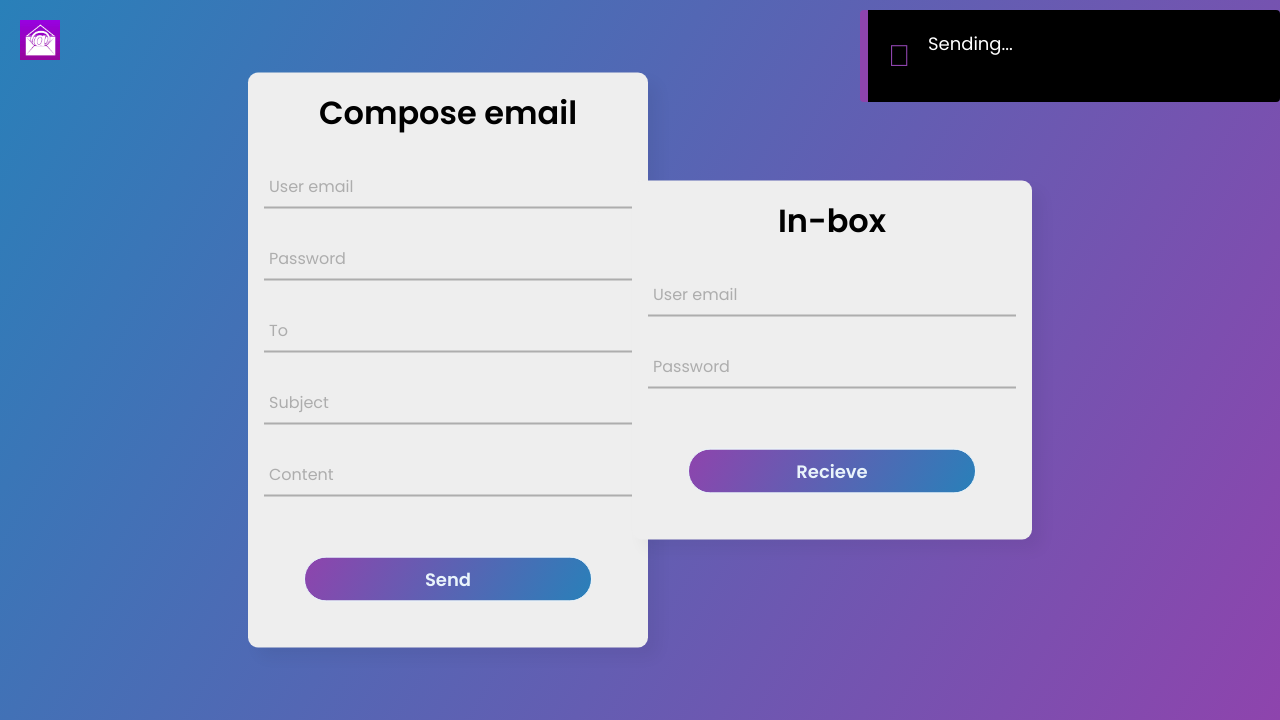
Repository: 20PW01-Abishek/Mail-EZ-in-JAVA
Page: Java package/javapackage/src/main/webapp/index.html
The author's editor kept a copy of each file at every save. The page is drawn from the files as they stood at one save, then again after the next save.
The browser window is 1280 px wide. The pictures show the whole page.

Above is the page before, as saved 2022-11-07 14:57:29.

### Java package/javapackage/src/main/webapp/index.html
<!DOCTYPE html>
<html>
<head>
<meta charset="ISO-8859-1">
<link rel="stylesheet" href="style1.css">
<link rel="icon" type="image/x-icon" href="logo.png">
<link rel="stylesheet" href="https://cdnjs.cloudflare.com/ajax/libs/font-awesome/4.7.0/css/font-awesome.min.css">
<title>email-compose</title>
</head>
<body>
	<a href=""><img style="margin: 20px;height: 40px;width: 40px;" src="logo.png"></a>
	<div class="alert">
		<span class="fas fa-exclamation-circle"></span>
		<span class="msg">Sending...</span>
		<div class="close-btn">
			<span class="fas fa-times"></span>
		</div>
	</div>
	<div class="parent">
		<div class="center1">
	      <h1>Compose email</h1>
	      <form action="compose" method="post" id="send">
	        <div class="txt_field">
	          <input type="text" name="from_email" required>
	          <span></span>
	          <label>User email</label>
	        </div>
	        <div class="txt_field">
	          <input type="password" name="from_password" required>
	          <span></span>
	          <label>Password</label>
	        </div>
	        <div class="txt_field">
	          <input type="text" name="to_email" required>
	          <span></span>
	          <label>To</label>
	        </div>
	        <div class="txt_field">
	          <input type="text" name="subject" required>
	          <span></span>
	          <label>Subject</label>
	        </div>
	        <div class="txt_field">
	          <input type="text" name="content" required>
	          <span></span>
	          <label>Content</label>
	        </div>
	        <input type="submit" value="Send">
	      </form>
		</div>
		<div class="center2">
			<h1>In-box</h1>
	      	<form action="recieve" method="post" id="recieve">
	        	<div class="txt_field">
	          		<input type="text" name="from_email" required>
	          		<span></span>
	          		<label>User email</label>
	        	</div>
	        	<div class="txt_field">
		          <input type="password" name="from_password" required>
		          <span></span>
		          <label>Password</label>
	        	</div>
	      		<input type="submit" value="Recieve">
	      </form>
	    </div>
    </div>
</body>
</html>

### Java package/javapackage/src/main/webapp/style1.css
@import url('https://fonts.googleapis.com/css2?family=Noto+Sans:wght@700&family=Poppins:wght@400;500;600&display=swap');
*{
  margin: 0;
  padding: 0;
  box-sizing: border-box;
  font-family: "Poppins", sans-serif;
}
body{
  margin: 0;
  padding: 0;
  background: linear-gradient(120deg,#2980b9, #8e44ad);
  height: 100vh;
  overflow: hidden;
}

.alert {
	background: black;
	padding: 20px 40px;
	min-width: 420px;
	position: absolute;
	right: 0px;
	top: 10px;
	border-radius: 4px;
	border-left: 8px solid #8e44ad;
}

.alert .fa-exclamation-circle{
	position: absolute;
	left: 20px;
	top: 50%;
	transform: translateY(-50%);
	color: #8e44ad;
	font-size: 30px;
}

.alert .msg {
	padding: 0 20px;
	font-size: 18px;
	color: white;
}

.parent{
	text-align: center;
}

.center1{
  padding: 1rem 1rem;
  vertical-align: middle;
  position: absolute;
  top: 50%;
  left: 35%;
  transform: translate(-50%, -50%);
  width: 400px;
  background: #eee;
  border-radius: 10px;
  box-shadow: 10px 10px 15px rgba(0,0,0,0.05);
}

.center2{
  padding: 1rem 1rem;
  vertical-align: middle;
  position: absolute;
  top: 50%;
  left: 65%;
  transform: translate(-50%, -50%);
  width: 400px;
  background: #eee;
  border-radius: 10px;
  box-shadow: 10px 10px 15px rgba(0,0,0,0.05);
}

.center h1{
  text-align: center;
  padding: 20px 0;
  border-bottom: 1px solid silver;
}
.center form{
  padding: 0 40px;
  box-sizing: border-box;
}
form .txt_field{
  position: relative;
  border-bottom: 2px solid #adadad;
  margin: 30px 0;
}
.txt_field input{
  width: 100%;
  padding: 0 5px;
  height: 40px;
  font-size: 16px;
  border: none;
  background: none;
  outline: none;
}
.txt_field label{
  position: absolute;
  top: 50%;
  left: 5px;
  color: #adadad;
  transform: translateY(-50%);
  font-size: 16px;
  pointer-events: none;
  transition: .5s;
}
.txt_field span::before{
  content: '';
  position: absolute;
  top: 40px;
  left: 0;
  width: 0%;
  height: 2px;
  background: #2691d9;
  transition: .5s;
}
.txt_field input:focus ~ label,
.txt_field input:valid ~ label{
  top: -5px;
  color: #2691d9;
}
.txt_field input:focus ~ span::before,
.txt_field input:valid ~ span::before{
  width: 100%;
}

input[type="submit"]{
  width: 78%;
  height: 45px;
  border: 1px solid;
  background: linear-gradient(120deg,#8e44ad, #2980b9);
  border-radius: 25px;
  font-size: 18px;
  color: #e9f4fb;
  font-weight: 700;
  cursor: pointer;
  outline: none;
  margin: 30px;
}
input[type="submit"]:hover{
  border-width: medium;
  border-color: #2980b9;
  transition: 1s;
}

After the next save:
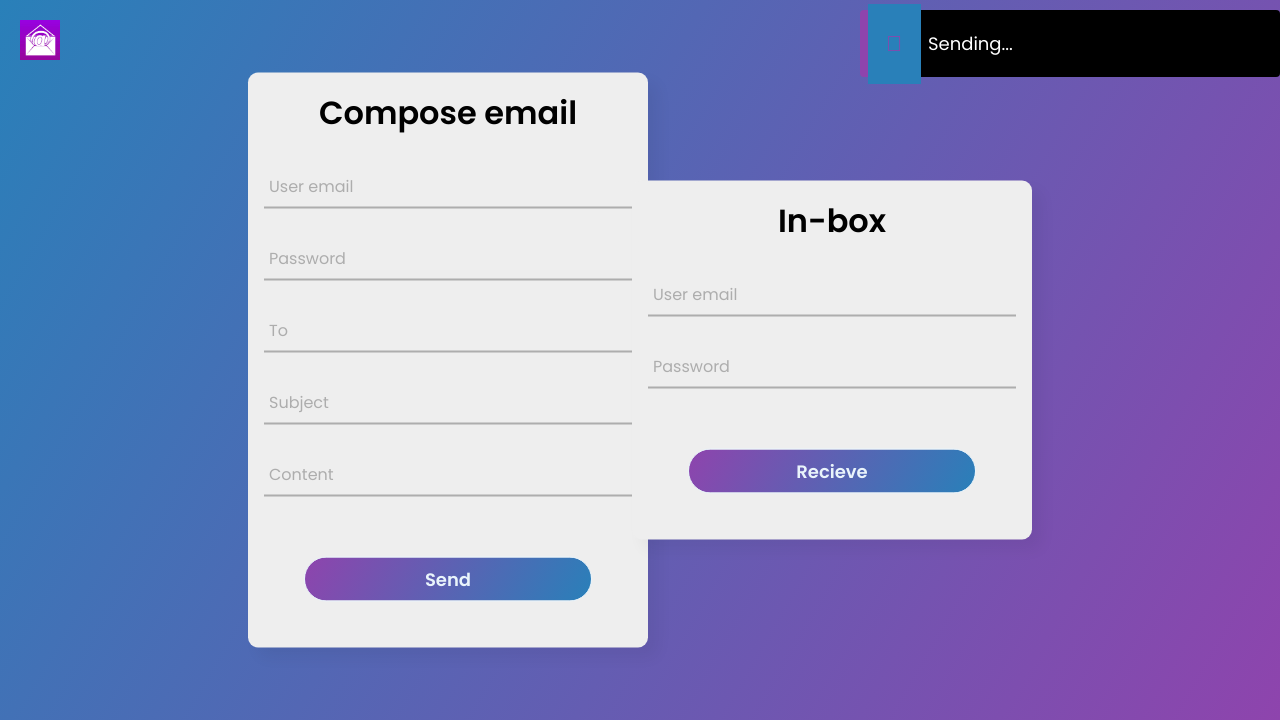
Saved 3 min 40 s later.
--- a/Java package/javapackage/src/main/webapp/style1.css
+++ b/Java package/javapackage/src/main/webapp/style1.css
@@ -37,6 +37,21 @@ body{
 	padding: 0 20px;
 	font-size: 18px;
 	color: white;
+}
+
+.alert .close-btn {
+	position: absolute;
+	left: 0px;
+	top: 50%;
+	transform: translateY(-50%);
+	background: #2980b9;
+	padding: 20px 18px;
+}
+
+.close-btn .fa-times{
+	color: #8e44ad;
+	font-size: 22px;
+	line-height: 40px;
 }
 
 .parent{
